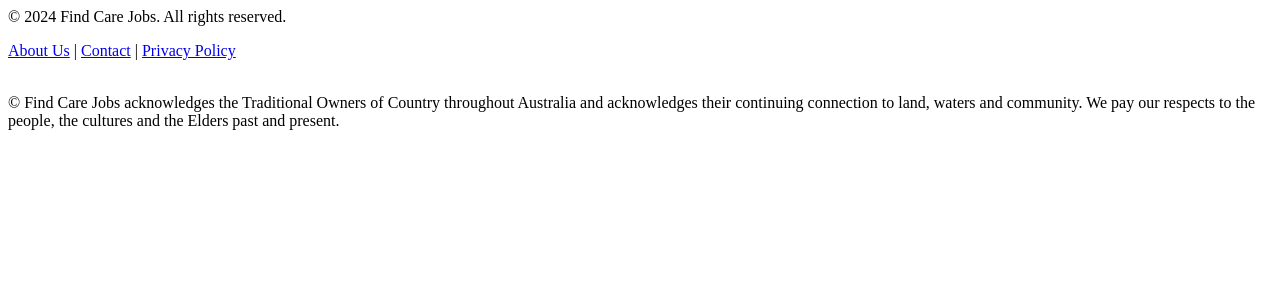
Repository: RichardCareJobs/find-care-jobs
Page: footer.html
These files come from the project's save history. The page is drawn as it stood at one moment and after the next save; the edit follows.
The browser window is 1280 px wide. The pictures show the whole page.

Above is the page before, as saved 2025-05-11 09:44:31.

After the next save:
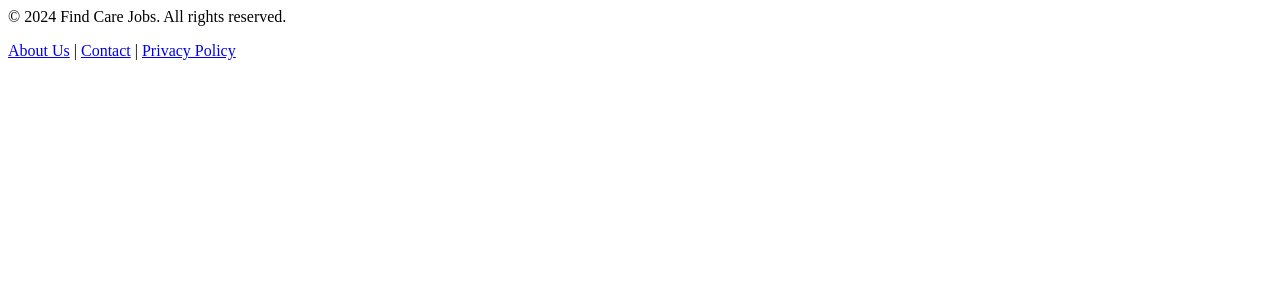
Saved 27 s later.
--- a/footer.html
+++ b/footer.html
@@ -1,10 +1,8 @@
-<!-- footer.html -->
 <footer class="global-footer">
     <p>&copy; 2024 Find Care Jobs. All rights reserved.</p>
     <nav>
-        <a href="about.html">About Us</a> |
-        <a href="contact.html">Contact</a> |
-        <a href="docs/Privacy Policy for Find Care Jobs.pdf">Privacy Policy</a>
-    </nav> &nbsp;
-    <p>&copy; Find Care Jobs acknowledges the Traditional Owners of Country throughout Australia and acknowledges their continuing connection to land, waters and community. We pay our respects to the people, the cultures and the Elders past and present.</p>
+        <a href="/about">About Us</a> |
+        <a href="/contact">Contact</a> |
+        <a href="/privacy">Privacy Policy</a>
+    </nav>
 </footer>
